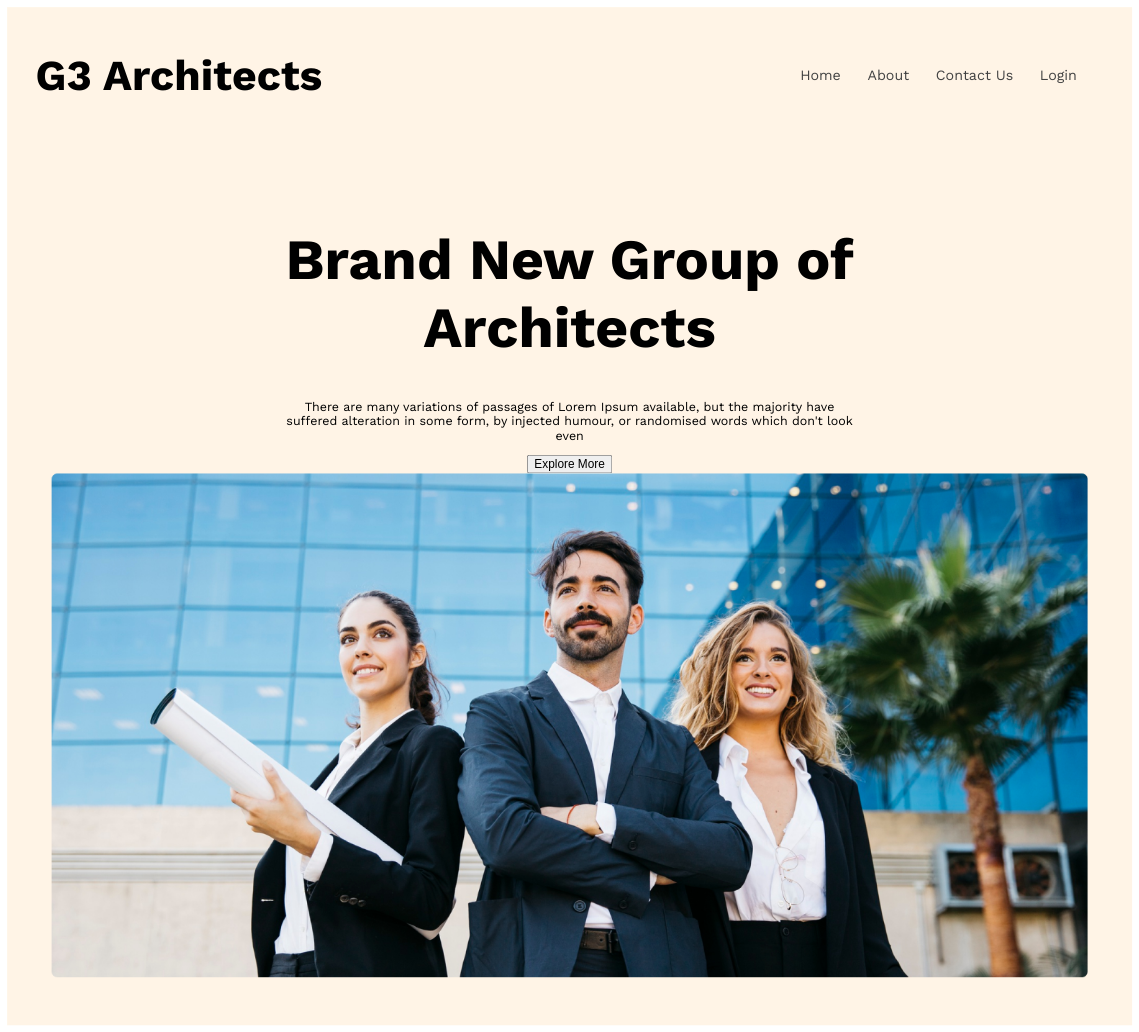
Repository: dollyrakhe22/g3-architects-website
Page: index.html
An editor plug-in stored every save of this project. The page is shown before and after the next save, followed by the edit.
The browser window is 1280 px wide. The pictures show the whole page, at 89% of full size.

Above is the page before, as saved 2025-07-20 16:03:37.

### index.html
<!DOCTYPE html>
<html lang="en">
<head>
    <meta charset="UTF-8">
    <meta name="viewport" content="width=device-width, initial-scale=1.0">
    <title>Architects Website</title>
    <link rel="stylesheet" href="style.css">
</head>
<body class="work-sans-font">
   <header>
     <header class="bg-light">
           <nav class="navbar  display-flex">
             <h3 class="brand">G3 Architects</h3>
             <ul class="nav-links display-flex">
              <li class="nav-item"><a href="" class="nav-link text-gray ">Home</a></li>
              <li class="nav-item"><a href="" class="nav-link text-gray ">About</a></li>
              <li class="nav-item"><a href="" class="nav-link text-gray ">Contact Us</a></li>
              <li class="nav-item"><a href="" class="nav-link text-gray ">Login</a></li>
             </ul>
           </nav>
           <div class="banner">
          <div class="banner-content">
              <h1 class="banner-title">Brand New Group of Architects </h1>
              <p class="banner-description">There are many variations of passages of Lorem Ipsum available, but the majority have suffered alteration in some form, by injected humour,
              or randomised words which don't look even</p>
            <button>Explore More</button>
          </div>
            <img class="banner-img" src="images/banner.png" alt="" srcset="">
           </div>
    </header>
   </header>


   <main>
   </main>
    <footer>

    </footer>
</body>
</html>

### style.css
@import url('https://fonts.googleapis.com/css2?family=Work+Sans:ital,wght@0,100..900;1,100..900&display=swap');

.work-sans-font {
  font-family: "Work Sans", sans-serif;
  font-optical-sizing: auto;
  font-weight: 400px;
  font-style: normal;
}
/*shared styles*/
.display-flex{
  display: flex;
}
/*dark 02*/
.text-gray{
  color: #424242;
}
/*dark 03*/
.text-light-gray{
  color:#727272;
}
.navbar{
  justify-content: space-between;
  align-items: center;
}
.bg-light{
  background-color: rgba(255, 144, 14, 0.1);
}
.brand{
  font-weight: 700;
  font-size: 3rem;
}
/*header styles*/


/*navbar related styles*/
.navbar{
  display: flex;
}
.nav-item{
  list-style: none;
  margin-right: 30px;
}
.nav-link{
  text-decoration: none;
  font-size: 500;
}
.navbar,.banner {
  max-width: 1200px;
  margin: 0 auto;

}


/*banner related styles*/
.banner-content{
  max-width: 650px;
  margin: 0 auto;
  text-align: center;
}
.banner{
  padding: 50px;

}
.banner-img{
  width: 100%;
}
.banner-title{
  font-weight: 700;
  font-size: 4rem;
}
.banner-description{
  font-size: 14px;


}

After the next save:
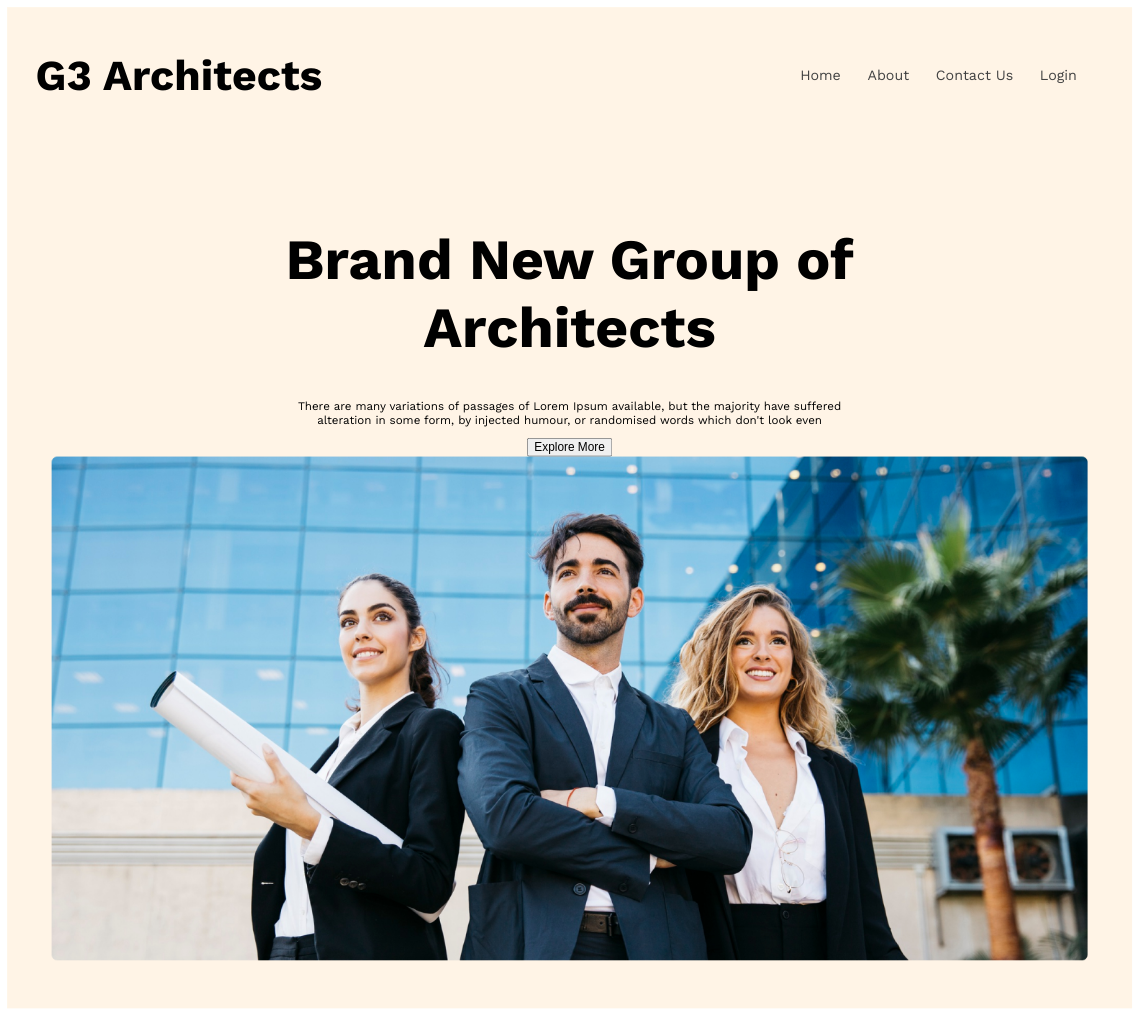
Saved 16 s later.
--- a/style.css
+++ b/style.css
@@ -69,7 +69,7 @@
   font-size: 4rem;
 }
 .banner-description{
-  font-size: 14px;
+  font-size: 13px;
 
 
 }
